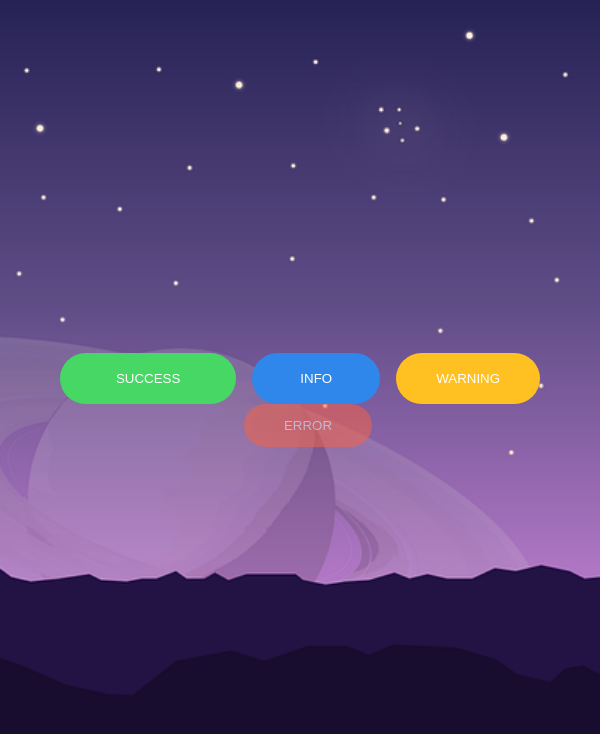
Repository: hoangtranduchai/toast-message
Page: index.html
The author's editor kept a copy of each file at every save. The page is drawn from the files as they stood at one save, then again after the next save.
The browser window is 600 px wide. The pictures show the whole page.
Some web libraries are served in a nearby version.

Above is the page before, as saved 2021-08-18 17:11:45.

### index.html
<!DOCTYPE html>
<html lang="en">
<head>
    <meta charset="UTF-8">
    <meta http-equiv="X-UA-Compatible" content="IE=edge">
    <meta name="viewport" content="width=device-width, initial-scale=1.0">
    <title>Button & Toast</title>
    <link rel="stylesheet" href="./assets/css/style.css">
    <link rel="stylesheet" href="./assets/css/responsive.css">
    <link rel="stylesheet" href="https://pro.fontawesome.com/releases/v5.10.0/css/all.css" integrity="sha384-AYmEC3Yw5cVb3ZcuHtOA93w35dYTsvhLPVnYs9eStHfGJvOvKxVfELGroGkvsg+p" crossorigin="anonymous"/>
</head>
<body>
    <div id="main">
        <div id="toast"></div>

        <!-- Begin: Button -->
        <button onclick="showSuccessToast();" class="btn btn--success btn--size-l">Success</button>
        <button onclick="showInfoToast();" class="btn btn--info">Info</button>
        <button onclick="showWarningToast();" class="btn btn--warn btn-size-s">Warning</button>
        <button class="btn btn--error btn--disabled btn-size-s">Error</button>
        <!-- End: Button -->

    </div>

    <script>
        // Toast function
        function toast({
            title = "",
            message = "",
            type = "info",
            duration = 3000
        }) {
            const main = document.getElementById("toast");
            if (main) {
                const toast = document.createElement("div");

                // Auto remove toast
                const autoRemoveId = setTimeout(function () {
                    main.removeChild(toast);
                }, duration + 1000);

                // Remove toast when clicked
                toast.onclick = function (e) {
                if (e.target.closest(".toast__close")) {
                    main.removeChild(toast);
                    clearTimeout(autoRemoveId);
                }
                };

                const icons = {
                    success: "fas fa-check-circle",
                    info: "fas fa-info-circle",
                    warning: "fas fa-exclamation-circle"
                };
                const icon = icons[type];
                const delay = (duration / 1000).toFixed(2);

                toast.classList.add("toast", `toast--${type}`);
                toast.style.animation = `slideInLeft ease .4s, faceOut linear 1s ${delay}s forwards`;

                toast.innerHTML = `
                    <div class="toast__icon">
                        <i class="${icon}"></i>
                    </div>
                    <div class="toast__body">
                        <h3 class="toast__title">${title}</h3>
                        <p class="toast__msg">${message}</p>
                    </div>
                    <div class="toast__close">
                        <i class="fas fa-times"></i>
                    </div>
                `;
                main.appendChild(toast);
            }
        }

        function showSuccessToast() {
            toast({
                title: 'Success',
                message: 'Lorem ipsum dolor, sit amet consectetur adipisicing elit.',
                type: 'success',
                duration: 5000
            })
        }

        function showInfoToast() {
            toast({
                title: 'Info',
                message: 'Lorem ipsum dolor, sit amet consectetur adipisicing elit.',
                type: 'info',
                duration: 5000
            })
        }

        function showWarningToast() {
            toast({
                title: 'Warning',
                message: 'Lorem ipsum dolor, sit amet consectetur adipisicing elit.',
                type: 'warning',
                duration: 5000
            })
        }
    </script>
</body>
</html>

### assets/css/style.css
* {
  padding: 0;
  margin: 0;
  box-sizing: border-box;
}

body {
  height: 100vh;
  display: flex;
  flex-direction: row;
  font-family: "Helvetica Neue";
  background: url('../img/background/background1.jpg') 100% center / cover no-repeat;
}

body > div {
  margin: auto;
}

#main {
  display: flex;
  justify-content: center;
  flex-wrap: wrap;
}

/* Button */

.btn {
  display: inline-block;
  text-decoration: none;
  border: none;
  background: transparent;
  outline: none;
  color: #fff;
  text-transform: uppercase;
  padding: 12px 48px;
  border-radius: 50px;
  cursor: pointer;
  min-width: 120px;
  transition: opacity .2s ease;
}

.btn:hover {
  opacity: 0.8;
}

.btn + .btn {
  margin-left: 16px;
}

.btn--success {
  background: #47d764;
}

.btn--info {
  background: #2f86eb;
}

.btn--warn {
  background: #ffc021;
}

.btn--error {
  background: #ff623d;
}

.btn--disabled {
  opacity: .5 !important;
  cursor: default;
}

.btn--size-l {
  padding: 16px 56px;
}

.btn-size-s {
  padding: 8px 40px;
}


/* Toast */
#toast {
  position: fixed;
  top: 32px;
  right: 32px;
  z-index: 999999;
}

.toast {
  display: flex;
  align-items: center;
  background: #fff;
  border-radius: 4px;
  padding: 20px 0;
  min-width: 400px;
  max-width: 450px;
  border-left: 4px solid;
  box-shadow: 0 5px 8px rgba(0, 0, 0, 0.08);
  transition: all linear 0.4s;
}

@keyframes slideInLeft {
  from {
    opacity: 0;
    transform: translateX(calc(100% + 32px));
  }
  to {
    opacity: 1;
    transform: translateX(0);
  }
}

@keyframes faceOut {
  to {
    opacity: 0;
  }
}

.toast--success {
  border-color: #47d764;
}

.toast--success .toast__icon {
  color: #47d764;
}

.toast--info {
  border-color: #2f86eb;
}

.toast--info .toast__icon {
  color: #2f86eb;
}

.toast--warning {
  border-color: #ffc021;
}

.toast--warning .toast__icon {
  color: #ffc021;
}

.toast + .toast {
  margin-top: 24px;
}

.toast__icon {
  font-size: 24px;
}

.toast__icon,
.toast__close {
  padding: 0 16px;
}

.toast__body {
  flex-grow: 1;
}

.toast__title {
  font-size: 16px;
  font-weight: 600;
  color: #333;
}

.toast__mess {
  font-size: 14px;
  color: #888;
  margin-top: 6px;
  line-height: 1.5;
}

.toast__close {
  font-size: 24px;
  color: rgba(0, 0, 0, 0.3);
  cursor: pointer;
}

.toast__close:hover {
  opacity: 0.6;
}

### assets/css/responsive.css
/* PC */
@media (min-width: 64em) {

}

/* PC & Tablet */
@media (min-width: 46.25em) {

}

/* Tablet */
@media (min-width: 46.25em) and (max-width: 63.9375em) {

}

/* Tablet & Mobile */
@media (max-width: 63.9375em) {
    .btn {
        padding: 16px 48px;
    }

    .btn-size-s {
        padding: 14px 40px;
    }

    .btn--size-l {
        padding: 18px 56px;
    }
}

/* Mobile */
@media (max-width: 46.1875em) {

}

After the next save:
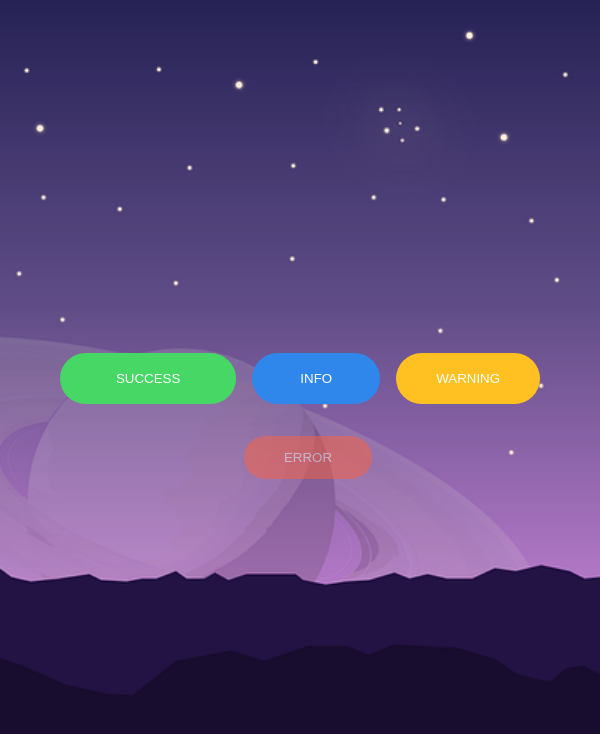
Saved 19 s later.
--- a/assets/css/responsive.css
+++ b/assets/css/responsive.css
@@ -30,5 +30,7 @@
 
 /* Mobile */
 @media (max-width: 46.1875em) {
-
+    .btn {
+        margin-top: 32px;
+    }
 }
